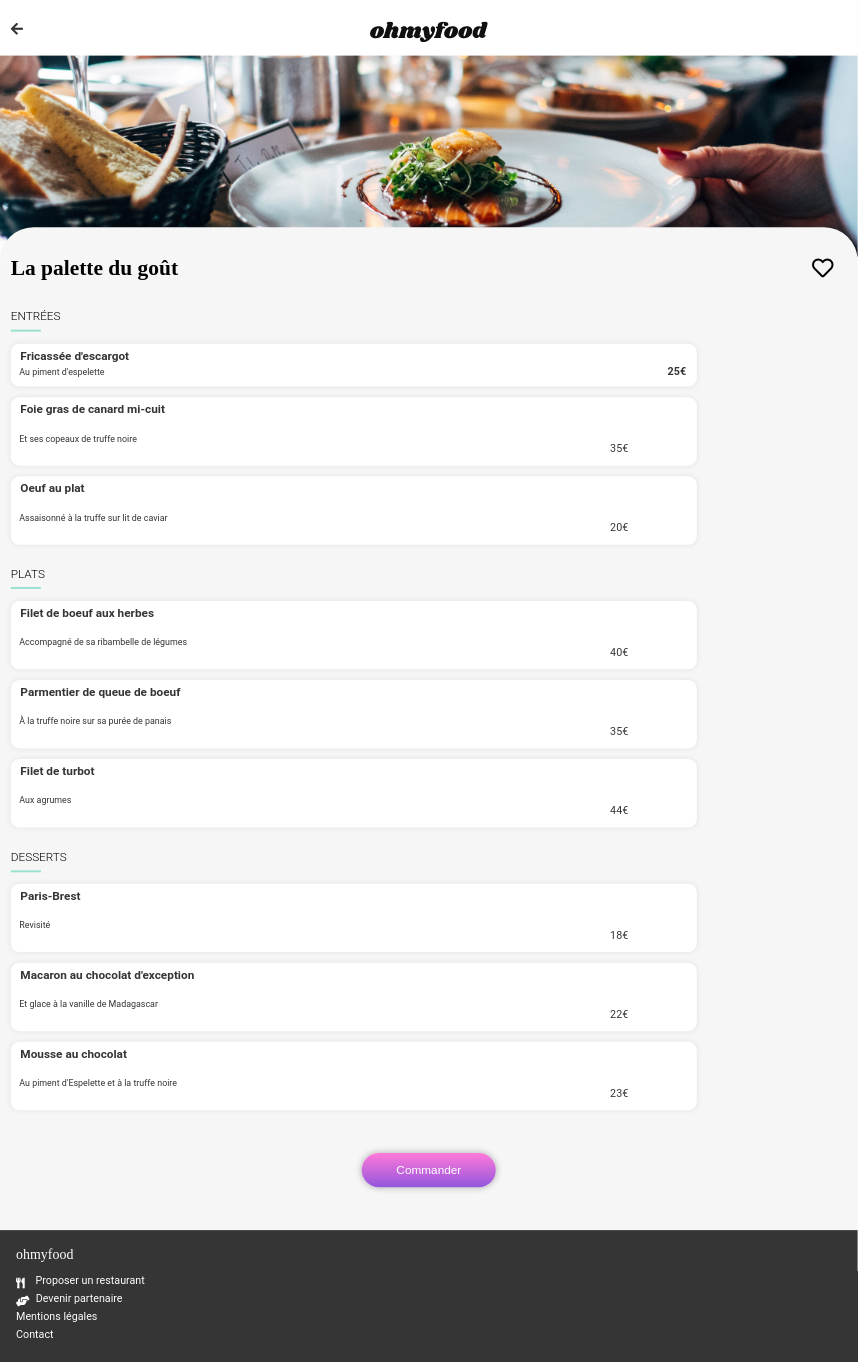
Repository: AlexisTisserand/AlexisTisserand_3_24112020
Page: menu-la-palette-du-gout.html
The author's editor kept a copy of each file at every save. The page is drawn from the files as they stood at one save, then again after the next save.
The browser window is 1280 px wide. The pictures show the whole page, at 67% of full size.
Some web libraries are served in a nearby version. The style sheet was rebuilt from its Sass, Less or Tailwind sources for each picture, by a compiler version that may differ from the author's.

Above is the page before, as saved 2020-12-09 11:10:03.

### menu-la-palette-du-gout.html
<!DOCTYPE html>
<html lang="fr">

<head>
    <meta charset="UTF-8"/>
    <meta name="viewport" content="width=device-width, initial-scale=1">
    <meta name="descritpion" content="Menu - La palette du goût">
    <meta name="author" content="Alexis Tisserand">
    <link rel="stylesheet" href="https://use.fontawesome.com/releases/v5.4.1/css/all.css" integrity="sha384-5sAR7xN1Nv6T6+dT2mhtzEpVJvfS3NScPQTrOxhwjIuvcA67KV2R5Jz6kr4abQsz" crossorigin="anonymous">
    <link rel="stylesheet" href="style.css"/>
    <title>Menu - La palette du goût</title>
</head>
<body>

    <div id=bloc-page>

    <!--HEADER-->

    <header>
        <a href="index.html">
            <i class="fas fa-arrow-left"></i>
        </a>
        <div class="logo">
            <img src="images/logo/ohmyfood@2x.svg" alt="Logo ohmyfood"/>
        </div>
    </header>

    <section>

        <div class="restaurant-img">
            <img src="images/restaurants/la_palette_du_gout-min.jpg" alt="La Palette Du Goût"/>
        </div>

        <div class="restaurant-menu">
            <div class="restaurant-menu--titre">
                <h2>La palette du goût</h2>
                <div class="card-restaurant-legende-heart">
                    <span class="fa-stack">
                        <i class="far fa-heart fa-stack-2x"></i>
                    </span>
                </div>
            </div>

                <h3>ENTRÉES</h3>

                <div class="restaurant-menu-carte">

                    <div class="restaurant-menu--plats">
                        <div class="restaurant-menu--plats--name">
                            <h4>Fricassée d'escargot</h4>
                        </div>
                        <div class="restaurant-menu--plats--accompagnements">
                            <h5>Au piment d'espelette</h5>
                        </div>
                        <div class="restaurant-menu--plats--prix">
                            <p>25€</p>
                        </div>
                        <div class="restaurant-menu--plats--checkbox">
                            <i class="fas fa-check-circle"></i>
                        </div>
                    </div>

                    <div class="restaurant-menu--plats">
                        <h4>Foie gras de canard mi-cuit</h4>
                        <div class="restaurant-menu--plats--accompagnements">
                            <h5>Et ses copeaux de truffe noire</h5>
                            <p>35€</p>
                        </div>
                    </div>

                    <div class="restaurant-menu--plats">
                        <h4>Oeuf au plat</h4>
                        <div class="restaurant-menu--plats--accompagnements">
                            <h5>Assaisonné à la truffe sur lit de caviar</h5>
                            <p>20€</p>
                        </div>
                    </div>
                </div>

                <h3>PLATS</h3>

                <div class="restaurant-menu-carte">
                    <div class="restaurant-menu--plats">
                        <h4>Filet de boeuf aux herbes</h4>
                        <div class="restaurant-menu--plats--accompagnements">
                            <h5>Accompagné de sa ribambelle de légumes</h5>
                            <p>40€</p>
                    </div>
                    </div>

                    <div class="restaurant-menu--plats">
                        <h4>Parmentier de queue de boeuf</h4>
                        <div class="restaurant-menu--plats--accompagnements">
                            <h5>À la truffe noire sur sa purée de panais</h5>
                            <p>35€</p>
                        </div>
                    </div>

                    <div class="restaurant-menu--plats">
                        <h4>Filet de turbot</h4>
                        <div class="restaurant-menu--plats--accompagnements">
                            <h5>Aux agrumes</h5>
                            <p>44€</p>
                        </div>
                    </div>
                </div>

                <h3>DESSERTS</h3>

                <div class="restaurant-menu-carte">
                    <div class="restaurant-menu--plats">
                        <h4>Paris-Brest</h4>
                        <div class="restaurant-menu--plats--accompagnements">
                            <h5>Revisité</h5>
                            <p>18€</p>
                        </div>
                    </div>

                    <div class="restaurant-menu--plats">
                        <h4>Macaron au chocolat d'exception </h4>
                        <div class="restaurant-menu--plats--accompagnements">
                            <h5>Et glace à la vanille de Madagascar</h5>
                            <p>22€</p>
                        </div>
                    </div>

                    <div class="restaurant-menu--plats">
                        <h4>Mousse au chocolat </h4>
                        <div class="restaurant-menu--plats--accompagnements">
                            <h5>Au piment d'Espelette et à la truffe noire</h5>
                            <p>23€</p>
                        </div>
                    </div>
                </div>

            <button class="description-ohmyfood-explorer" type="button">Commander</button>

        </div>
    </section>

    <footer>
        <h2>ohmyfood</h2>
        <div class="footer-img-text">
            <i class="fas fa-utensils"></i>
            <h3>Proposer un restaurant</h3>
        </div>
        <div class="footer-img-text">
            <i class="fas fa-hands-helping"></i>
            <h3>Devenir partenaire</h3>
        </div>
        <h3>Mentions légales</h3>
        <a href="mailto:ohmyfood@outlook.com"><h3>Contact</h3></a>
    </footer>

</body>
</html>

### sass/style.scss
/*COULEURS VARIABLES*/
$primary: #9356DC;
$secondary: #FF79DA;
$tertiary: #99E2D0;
$color-text: #353535;
$color-background: #f6f6f6;
$color-box-shadow :#e5e5e5;

/*VARIABLES TAILLE ET FONT FAMILY*/
$font-family: 'roboto', 'Raleway', 'Trebuchet MS', 'Lucida Sans Unicode', 'Lucida Grande', 'Lucida Sans', Arial, sans-serif;;
$size: 1rem;

/*Extensions*/
.box-shadow{
    box-shadow: 0px 0px 8px 1px $color-box-shadow;
    color: $color-text;
    border: none;
    border-radius: 25px;
    width: 350px;
    background-color: $color-background;
}

.margin-plats{
    margin: 0.5rem 0 0rem 0.9rem;
}

.cercle{
    background-color: $primary;
    color: white;
    padding: 8px;
    border-radius: 50px;
    margin-right: 25px;
    margin-left: -15px;
    width: 15px;
    height: 15px;
    text-align: center;
    align-content: center;
    font-size: $size;
    line-height: 15px;
    font-weight: light;
}

/*KEYFRAMES*/

@keyframes fadein{
    from{
        opacity: 0.4;
    }
    to{
        opacity: 1;
    }
}

body{
    background-color: white;
    font-family: $font-family;
    margin: auto;
}

a{
    text-decoration: none;
    color: black;
}

#bloc-page{
    width: 100%;
    margin: auto;
    max-width: 2000px;
    min-width: 100px;
}

/*HEADER*/

header{
    text-align: center;
    .logo{
        margin-top: $size + 1rem;
        img{
            width: $size + 10rem;
        }
    }
}

.search-bar{
    display: flex;
    background-color: #EAEAEA;
    box-shadow: 0px -2px 5px 0px #CFCFCF;
    height: $size + 2rem;
    margin-top: 1rem;
    align-items: center;
    justify-content: center;
    .fas{
        font-size: $size;
        margin-bottom: 1rem;
    }
    .search-bar-button{
        color: $color-text;
        font-size: $size + 0.5rem;
    }
    .search-bar-text-input{
        outline: none;
        padding: 0;
        background-color: #EAEAEA;
        border: none;
        color: $color-text;
        font-size: $size;
        font-weight: bold;
        text-align: center;
        width: 180px;
    }
}

/*SECTION DESCRIPTION*/

#description-ohmyfood{
    display: flex;
    flex-direction: column;
    background-color: $color-background;
    align-items: center;
    text-align: center;
    h2{
        font-size: $size + 0.7rem ;
        padding: $size;
        margin-bottom: 0;
        margin-top: $size + 0.5rem;
    }
    h3{
        font-size: $size + 0.2rem ;
        font-weight: 300;
        margin-top: 0;
        padding: $size - 0.5rem, $size + 1rem ;
    }
    button{
        font-size: $size + 0.1rem;
        margin-top: $size;
        font-weight: normal;
        color: white;
        background: linear-gradient($secondary, $primary);
        position: relative;
        border: none;
        box-shadow: 0px 0px 10px 1px #b6b3b3;
        border-radius: 40px;
        padding: 15px 20px;
        margin-bottom: $size + 2.5rem;
        transition: transform ease-in-out 500ms, opacity ease-in-out 500ms, box-shadow ease-in-out 500ms ;
        &:hover{
            opacity: 0.7;
            box-shadow: 0px 0px 7px 3px #484B4C;
            transform: scale(1.1);
            cursor: pointer;

        }
        &:active{
            border-style: none;
        }
        &:focus{
            outline:none;
        }
    }
}

/*FONCTIONNEMENT*/

#fonctionnement{
    display: flex;
    align-items: center;
    flex-direction: column;
    background-color: white;
    h2{
        margin: 3*$size $size $size;
    }
    ul{
        padding: 10px;
        margin-top: - $size;
    }
}

.fonctionnement-nav{
    display: flex;
    flex-wrap: wrap;
    justify-content: space-around;
    &-etape{
        display: flex;
        flex-direction: row;
        align-items: center;
        margin: 15px 30px ;
        transition: background-color ease-in-out 200ms, box-shadow ease-in-out 200ms, transform ease-in-out 200ms;
        @extend .box-shadow;
        &:hover{
        background-color: rgba($color:$primary, $alpha: 0.15);
        transform: scale(1.01);
        cursor: pointer;
        &:hover .fas{
        color: $primary;
        }
    }
    span{
        @extend .cercle;
    }
    .fas{
        margin-right: 15px;
        color: #7e7e7e;
        font-size: $size + 0.2rem;
        margin-right: $size;
        }
    }
    &-etape.active{
        background-color: rgba($color:$primary, $alpha: 0.15);
        .fas{
            color: $primary;
        }
    }
}

/*RESTAURANTS*/

#restaurants{
    display: flex;
    flex-direction: column;
    background-color: $color-background;
    padding-bottom: $size + 0.5rem;
    h2{
        margin: 3*$size $size $size;
    }
}

.card-restaurant{
    display: flex;
    position: relative;
    z-index: 1;
    flex-direction: column;
    background-color: white;
    border-radius: 20px;
    box-shadow: 0px 0px 8px 1px $color-box-shadow;
    margin: 15px;
    box-sizing: border-box;
    transition: ease-in-out 200ms;
    &:hover{
        transform: scale(1.01);
    }
    img{
    height: 200px;
    position: relative;
    z-index: 1;
    object-fit: cover;
    width: 100%;
    border-radius: 1rem 1rem 0 0;
    }
    &-nouveau{
        background-color: $tertiary;
        color: #39a98e;
        position: absolute;
        top: 8px;
        right: 16px;
        padding: 7px;
        border-radius: 5px;
        z-index: 2;
    }
    &-legende{
        display: flex;
        flex-direction: row;
        justify-content: space-between;
        &-text{
            display: flex;
            flex-direction: column;
            margin-left: $size;
            h4{
                font-size: $size + 0.2rem;
                margin-top: $size;
                margin-bottom: 0;
            }
            h5{
                margin-top: 0.2 * $size;
                margin-bottom: $size;
                font-weight: 300;
                font-size: $size + 0.1rem;
            }
        }
        &-heart{
            align-self: center;
            margin-right: 2 * $size;
            .far{
                &:hover{
                font-weight: 900;
                background:-moz-linear-gradient(top, $primary 0%, $secondary 100%);
                background: -webkit-linear-gradient(top, $primary 0%, $secondary 100%);
                background: linear-gradient(to bottom, $primary 0%, $secondary 100%);
                -webkit-background-clip: text;
                -moz-background-clip: text;
                background-clip: text;
                -webkit-text-fill-color: transparent;
                transition: font-weight ease-in-out 0s ;
                animation: fadein 900ms;
                background-position: 0 100%;
                cursor: pointer;
                }
            }
        }
    }
}

/*FOOTER*/

footer{
    padding: $size + 0.5rem;
    background-color: $color-text;
    color: white;
    h2{
        font-family: 'Shrikhand';
        font-weight: normal;
        font-size: $size + 0.3rem;
        margin-top: 0;
    }
    h3{
        margin: 0;
        font-weight: 400;
        margin-bottom: 0.5 * $size;
        font-size: initial;
    }
    .footer-img-text{
        display: flex;
        flex-direction: row;
        align-items: center;
        .fas{
            margin-right: $size;
            &.fa-hands-helping{
                margin-right: 0.58* $size;
            }
        }
    }
    a{
        color: white;
    }
}

/*********************************************************/
/*MEDIA QUERIES ACCUEIL*/
/*********************************************************/

/*LARGE DEVICES*/
@media screen and (min-width: 1268px){

    #restaurants{
        display: grid;
        grid-template-columns: repeat(4, 1fr);
        grid-template-rows: auto auto auto ;
        margin-bottom: 0px;
    }   h2{
        grid-column: 1/-1;
    }
}

/*MEDIUM DEVICES*/
@media screen and (max-width: 1267px){

    .fonctionnement-nav{
        justify-content: center;
        &-etape{
            width: 100%;
        }
    }

    #restaurants{
        display: grid;
        grid-template-columns: repeat(2, 1fr);
        grid-template-rows: auto auto auto ;
        h2{
            grid-column: 1/-1;
        }
    }
}

/*SMALL DEVICES*/
@media screen and (max-width: 660px){
    .fonctionnement-nav-etape{
        width: 100%;
    }

    #restaurants{
        display: grid;
        grid-template-columns: 1fr;
        grid-template-rows: auto auto auto ;
        h2{
            grid-column: 1/-1;
        }
    }
}

/*********************************************************/
/*MENU*/
/*********************************************************/

header{
    a{
        position: absolute;
        left: $size;
        color: $color-text;
        font-size: $size + 0.3rem;
        transition: opacity 0.5s;

        &:hover{
            opacity: 0.5;
        }
    }
}

.restaurant-img{
    img{
        object-fit: cover;
        width: 100%;
        height: 300px;
        margin-top: $size;
        position: relative;
        z-index: 0;
    }
}

.restaurant-menu{
    background-color: $color-background;
    border-radius: 50px 50px 0 0;
    margin-top: - 3rem;
    position: relative;
    display: flex;
    z-index: 1;
    flex-direction: column;
    width: 100%;
    &--titre{
        display: flex;
        flex-direction: row;
        justify-content: center;
        align-items: center;
        margin-top: $size;
        h2{
            font-family: 'Shrikhand';
            font-size: $size + 1rem;
            margin-right: $size + 0.5rem;
            margin-left: $size;
        }
    }
    &-carte{
        display: flex;
        flex-direction: row;
        flex-wrap: wrap;
    }
    h3{
        font-weight: 300;
        font-size: $size + 0.1rem;
        margin-left: $size;
        border-bottom: $tertiary 3px solid;
        width: 45px;
        padding-bottom: 10px;
    }
    &--plats{
        display: grid;
        grid-template-columns: 1fr 1.7fr 0.3fr;
        grid-template-rows: repeat(2, 1fr);
        gap: 0px 0px;
        background-color: white;
        box-shadow: 0px 0px 8px 1px $color-box-shadow;
        color: $color-text;
        border: none;
        border-radius: 13px;
        margin: 0 $size $size $size;
        width: 100%;
        cursor: pointer;
        overflow: hidden;
        text-overflow: ellipsis;
        &:hover .fas {
            transform: rotate(360deg);
        }
        &:hover &--checkbox{
            transform: translateX(0%);
        }
        &:hover p{
            margin-right: 20%;
        }
        &--name{
            grid-area: 1 / 1 / 2 / 3;
        }
        &--accompagnements{
            grid-area: 2 / 1 / 3 / 3;
        }
        &--prix{
            grid-area: 2 / 2 / 3 / 4;
        }
        &--checkbox{
            background-color: $tertiary;
            grid-area: 1 / 3 / 3 / 4;
            border-radius: 0 13px 13px 0;
            text-align: center;
            transform: translateX(100%);
            transform-origin: 100% 50%;
            transition: transform 1s;

            .fas{
                font-size: xx-large;
                margin: $size;
                color: white;
                transition: transform 1s;
            }
        }
        h4{
        @extend .margin-plats;
        font-size: $size + 0.1rem;
        }
        &--accompagnements{
            display: flex;
            flex-direction: row;
            align-content: center;
            justify-content: space-between;
            h5{
                font-weight: 400;
                margin: 0.2rem 0 0.5rem 0.8rem;
            }
        }
        &--prix{
            p{
                font-weight: bold;
                margin: 0 ;
                text-align: end;
                margin-right: $size;
                transition: margin-right 1s;
            }
        }
    }
    button{
        width: 200px;
        align-self: center;
        font-size: $size + 0.1rem;
        margin-top: 3 * $size;
        font-weight: normal;
        color: white;
        background: linear-gradient($secondary, $primary);
        position: relative;
        border: none;
        box-shadow: 0px 0px 10px 1px #b6b3b3;
        border-radius: 40px;
        padding: 15px 20px;
        margin-bottom: 4 * $size;
        transition: transform ease-in-out 500ms, opacity ease-in-out 500ms, box-shadow ease-in-out 500ms ;
        &:hover{
            opacity: 0.7;
            box-shadow: 0px 0px 7px 3px #484B4C;
            transform: scale(1.1);
            cursor: pointer;
        }
        &:active{
            border-style: none;
        }
        &:focus{
            outline:none;
        }
    }
}


/*********************************************************/
/*MEDIA QUERIES MENUS*/
/*********************************************************/

/*LARGE DEVICES*/
@media screen and (min-width:660px){
    .restaurant-menu--titre{
        justify-content: space-between;
    }

    .restaurant-menu--plats{
        width: 80%;
    }

}

/*MEDIUM DEVICES*/
@media screen and (max-width: 1267px){


}

/*SMALL DEVICES*/
@media screen and (max-width: 660px){


}

After the next save:
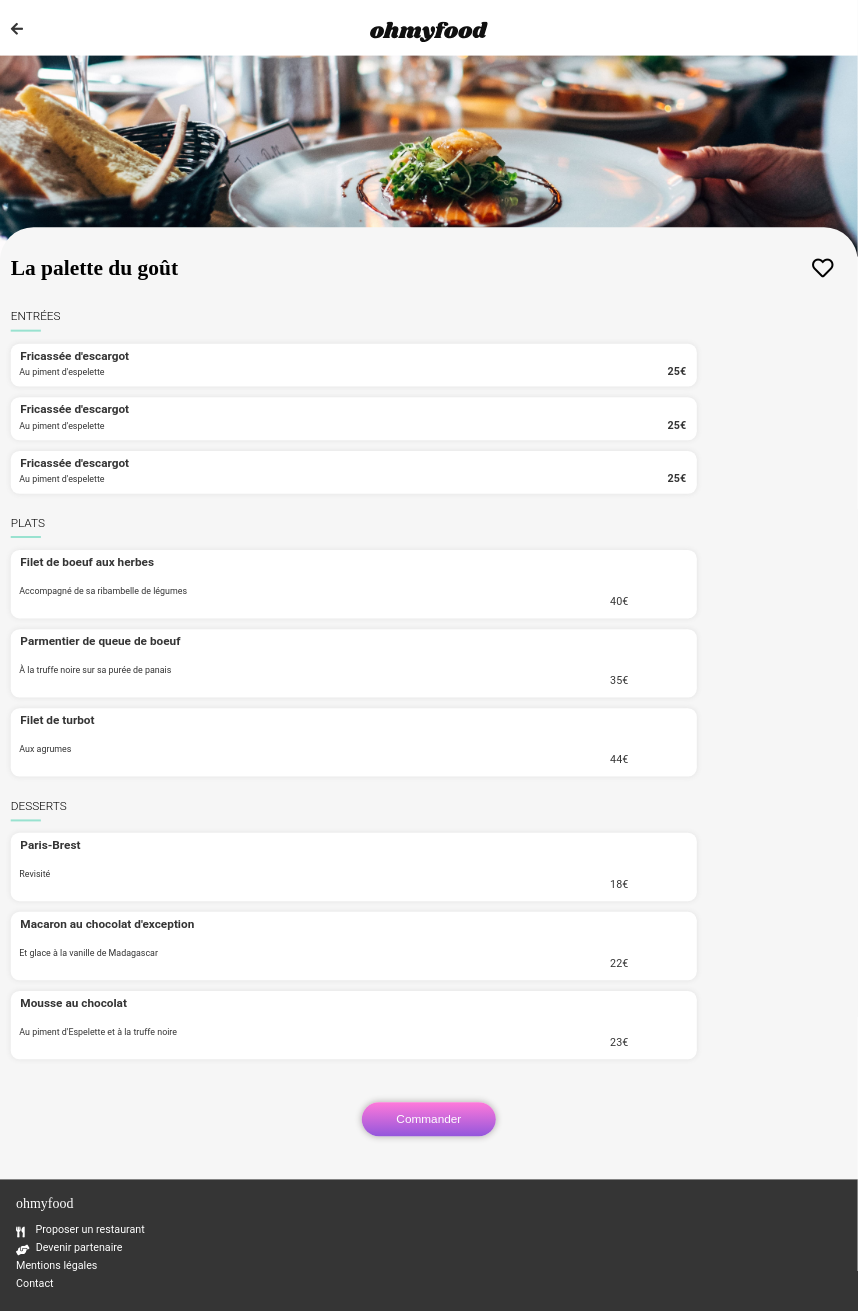
Saved 6 min 24 s later.
--- a/menu-la-palette-du-gout.html
+++ b/menu-la-palette-du-gout.html
@@ -61,20 +61,36 @@
                     </div>
 
                     <div class="restaurant-menu--plats">
-                        <h4>Foie gras de canard mi-cuit</h4>
+                        <div class="restaurant-menu--plats--name">
+                            <h4>Fricassée d'escargot</h4>
+                        </div>
                         <div class="restaurant-menu--plats--accompagnements">
-                            <h5>Et ses copeaux de truffe noire</h5>
-                            <p>35€</p>
+                            <h5>Au piment d'espelette</h5>
+                        </div>
+                        <div class="restaurant-menu--plats--prix">
+                            <p>25€</p>
+                        </div>
+                        <div class="restaurant-menu--plats--checkbox">
+                            <i class="fas fa-check-circle"></i>
                         </div>
                     </div>
 
                     <div class="restaurant-menu--plats">
-                        <h4>Oeuf au plat</h4>
+                        <div class="restaurant-menu--plats--name">
+                            <h4>Fricassée d'escargot</h4>
+                        </div>
                         <div class="restaurant-menu--plats--accompagnements">
-                            <h5>Assaisonné à la truffe sur lit de caviar</h5>
-                            <p>20€</p>
+                            <h5>Au piment d'espelette</h5>
+                        </div>
+                        <div class="restaurant-menu--plats--prix">
+                            <p>25€</p>
+                        </div>
+                        <div class="restaurant-menu--plats--checkbox">
+                            <i class="fas fa-check-circle"></i>
                         </div>
                     </div>
+
+
                 </div>
 
                 <h3>PLATS</h3>
